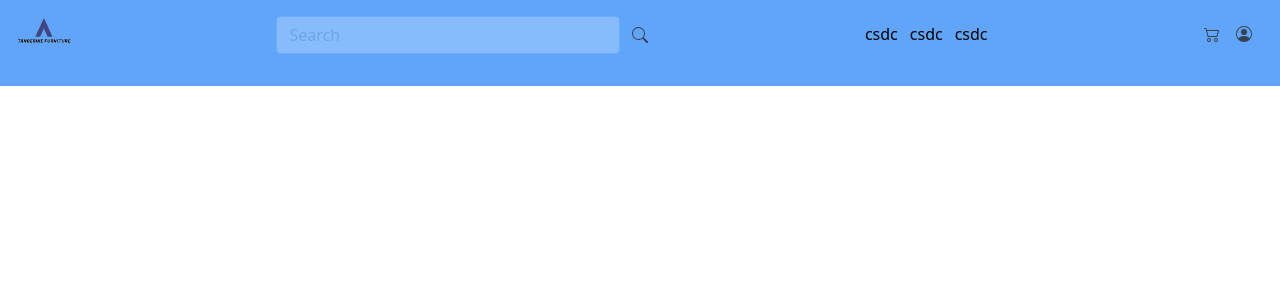
Repository: DevLaukey/Jitu-final
Page: / (app in frontend/)
These files come from the project's save history. The page is drawn as it stood at one moment and after the next save; the edit follows.
The browser window is 1280 px wide. The pictures show the whole page.
The project was rebuilt for these pictures with package versions that can differ from the ones it lists, and the page was loaded fresh each time.

Above is the page before, as saved 2022-07-13 13:32:22.

After the next save:
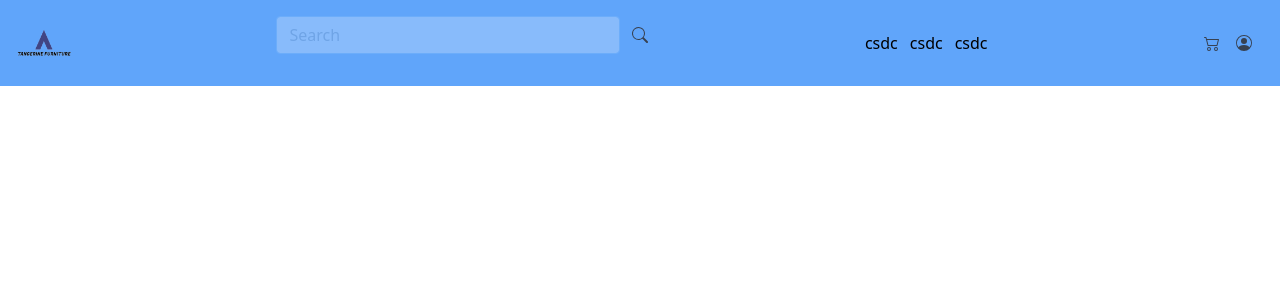
Saved 7 s later.
--- a/frontend/src/components/Navbar.js
+++ b/frontend/src/components/Navbar.js
@@ -3,7 +3,7 @@ import logo from "./free-logo-24a54uqo7g-d1y96agntq-removebg-preview.png";
 import { BsCart2, BsPersonCircle, BsSearch } from "react-icons/bs";
 function Navbar() {
   return (
-    <header className="flex space-x-4 justify-between align-middle  p-4 bg-blue-400">
+    <header className="flex space-x-4 items-center justify-between align-middle  p-4 bg-blue-400">
       <div className="text-center">
         <img
           onClick={() => {
